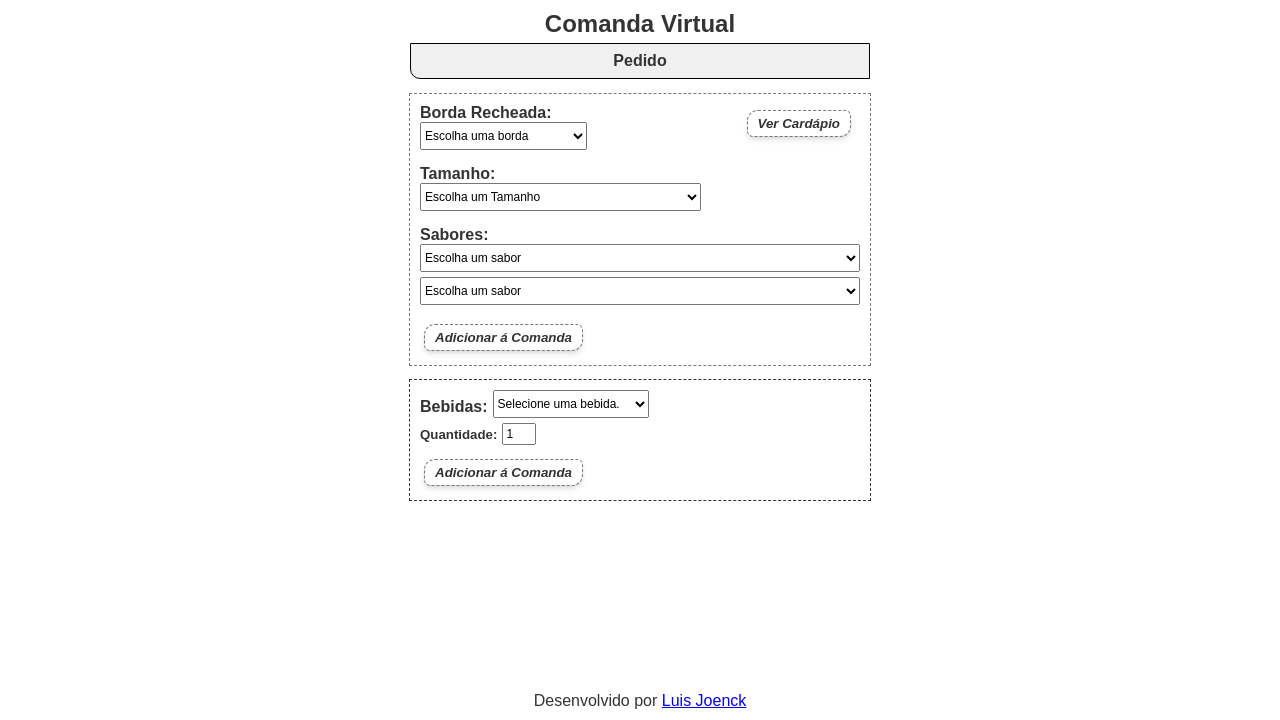
Repository: Joenck91/front-comanda-virtual
Page: index.html
An editor plug-in stored every save of this project. The page is shown before and after the next save, followed by the edit.
The browser window is 1280 px wide. The pictures show the whole page.

Above is the page before, as saved 2025-10-05 11:56:24.

After the next save:
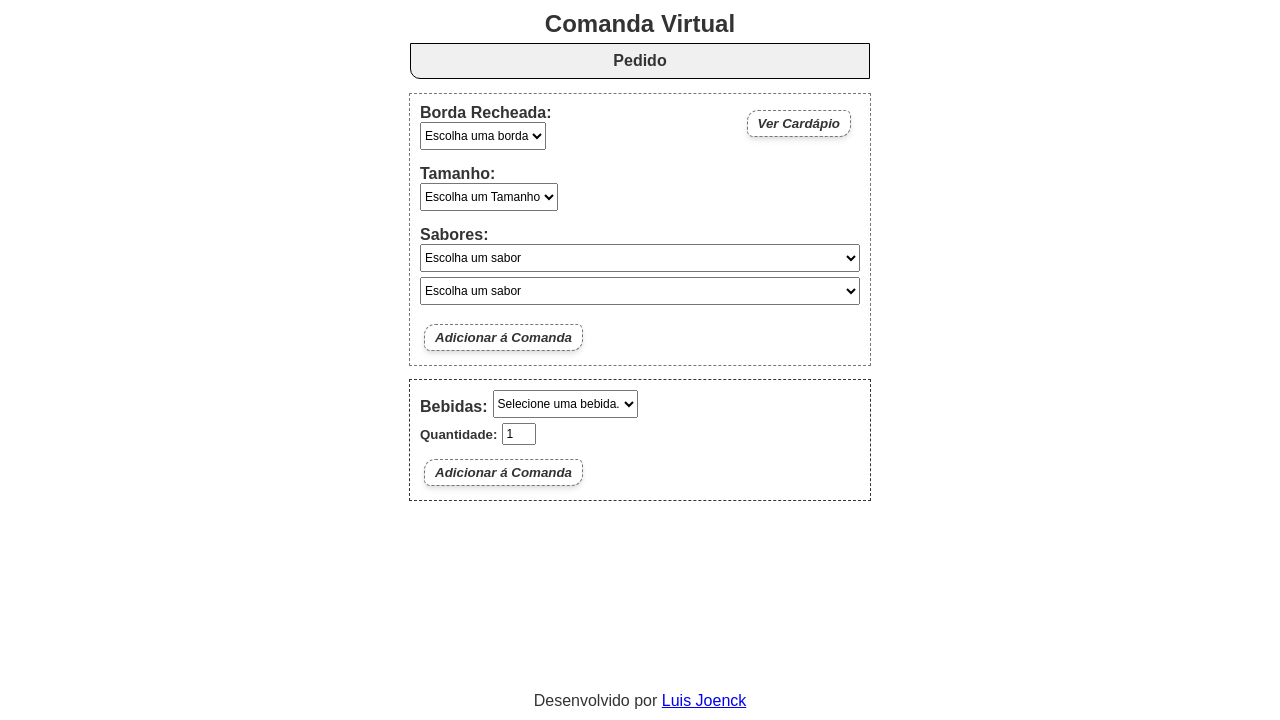
Console error: TypeError: Cannot set properties of undefined (setting 'innerHTML')
Saved 93 s later.
--- a/script/main.js
+++ b/script/main.js
@@ -3,6 +3,7 @@ import menuShowClose from "./buttons/menu-show-close.js";
 import * as inputsContent from "./interface/inputs-contents.js"
 import chooseSize from "./interface/choose-sizes.js";
 import * as writingOrders from "./command/orders.js"
+import { showItems } from "./interface/command-box/show-items.js";
 
 //Funções que precisam acessar json.
 document.addEventListener('DOMContentLoaded', ()=>{
@@ -20,6 +21,7 @@ document.addEventListener('DOMContentLoaded', ()=>{
         inputsContent.showDrinks(menu.drinks);  //Opções de bebidas
         chooseSize();//Define quantidade de sabores de acordo com o tamanho selecionado.
         writingOrders.writingOrder(menu);//Armazena as opçoes escolhidas pelo usuário na variável orders
+        showItems(writingOrders.notedOrder);//Mostra os itens pedidos na comanda.
 
 
     })

After the save that followed:
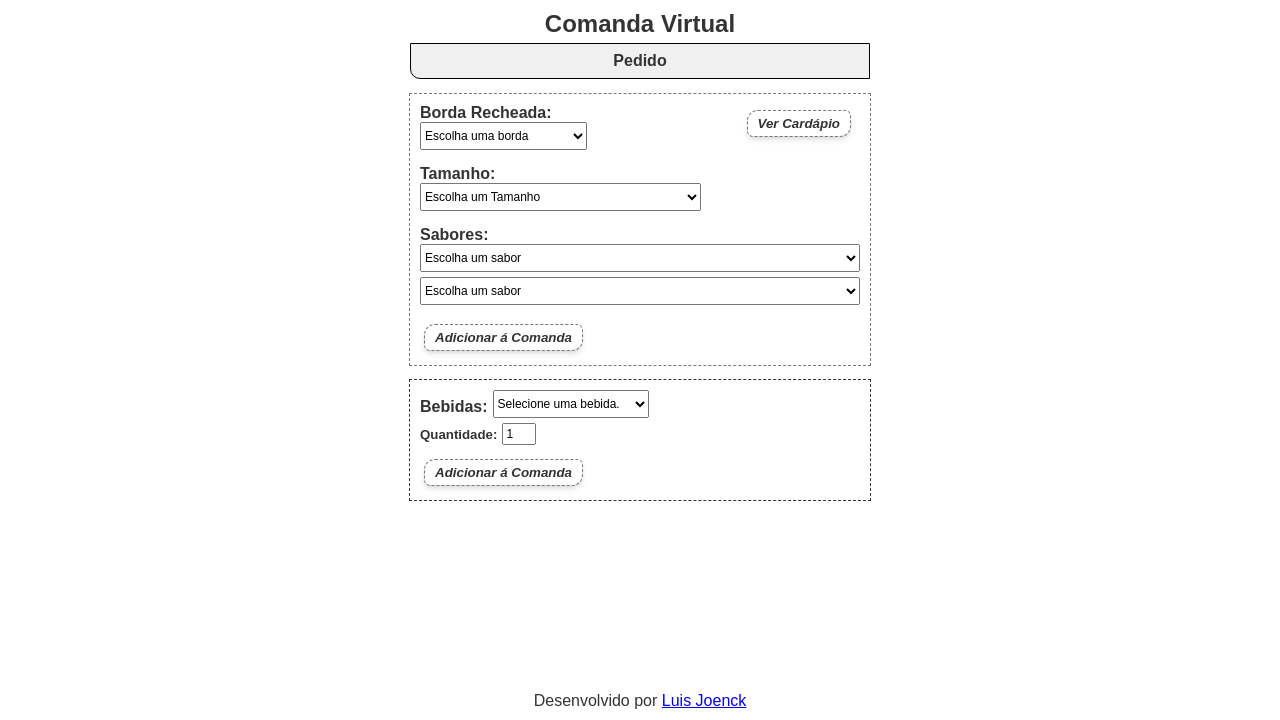
The error is gone.
Saved 33 s later.
--- a/index.html
+++ b/index.html
@@ -18,6 +18,12 @@
         <div class="command-box" id="total">
             <p><strong>Pedido</strong></h2>
             <!--CRIAR ESTRUTURA DE PEDIDO COM JSON-->
+            <div class="ordered-itens" id="ordered-items">
+                <!--Aqui vão aparecer os itens pedidos-->
+
+
+
+            </div>
         </div>
     </header>
 
--- a/script/command/orders.js
+++ b/script/command/orders.js
@@ -49,32 +49,3 @@ function writingOrder (menu){
 };
 
 export {writingOrder, notedOrder};
-
-
-
-
-
-
-
-
-
-
-        /*/ Monta o objeto do pedido
-        const order = {
-
-            tamanho: document.getElementById('size').value,
-            borda: document.getElementById('border').value,
-            sabores: [
-                document.getElementById('flavor_one').value,
-                document.getElementById('flavor_two').value,
-                document.getElementById('flavor_three').value,
-                document.getElementById('flavor_four').value
-            ].filter(s => s), // remove strings vazias
-            bebida: document.querySelector('.command-drink select').value,
-            quantidadeBebida: parseInt(document.getElementById('unit-drink').value, 10)
-        };
-
-        // Adiciona ao array de pedidos
-        orders.push(order);
-
-        console.log('Pedidos atuais:', orders);*/
